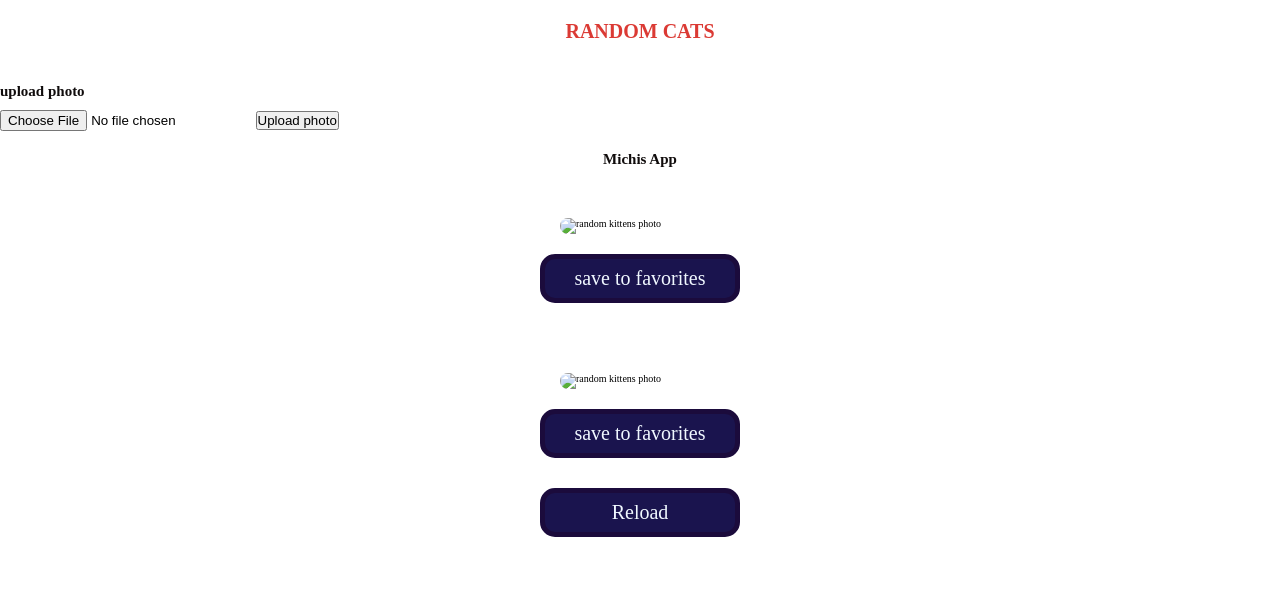
Repository: elto82/ConsumoAPIRESTjs
Page: index.html
These files come from the project's save history. The page is drawn as it stood at one moment and after the next save; the edit follows.
The browser window is 1280 px wide. The pictures show the whole page.
The page's requests for data from a server got no answer.

Above is the page before, as saved 2022-07-04 21:37:29.

After the next save:
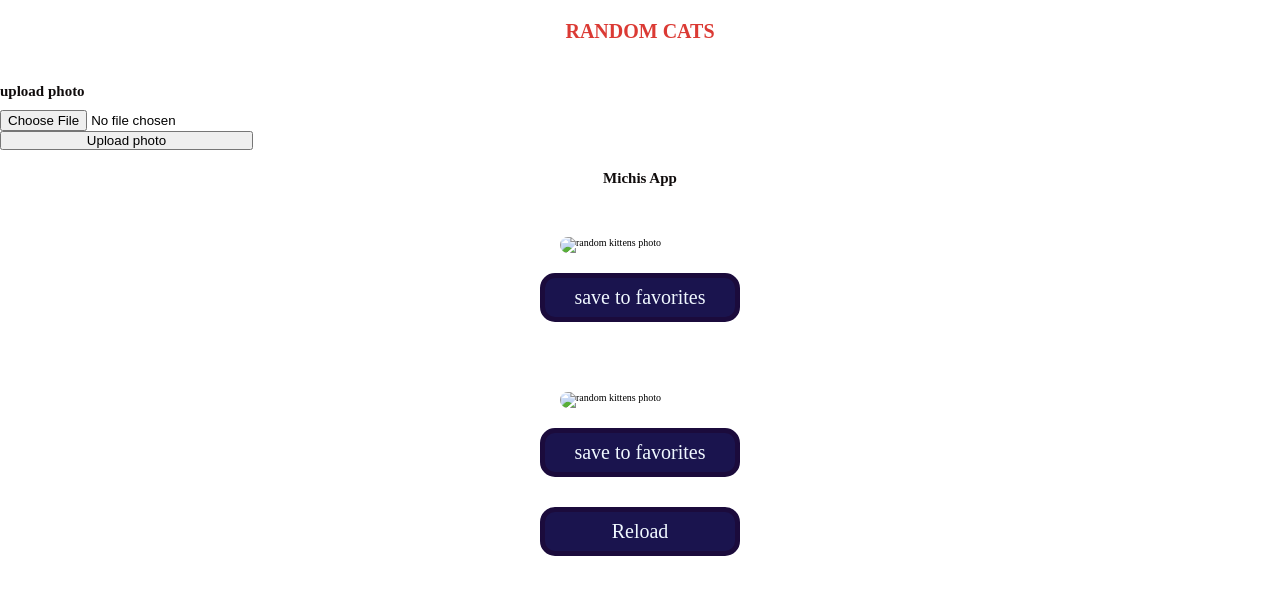
Saved 2 min 49 s later.
--- a/style.css
+++ b/style.css
@@ -41,6 +41,11 @@
   padding: 20px;
 }
 
+#uploadingForm {
+  display: inline-flex;
+  flex-direction: column;
+  justify-content: space-between;
+}
 
 .container {
   display: flex;

After the 2 saves that followed:
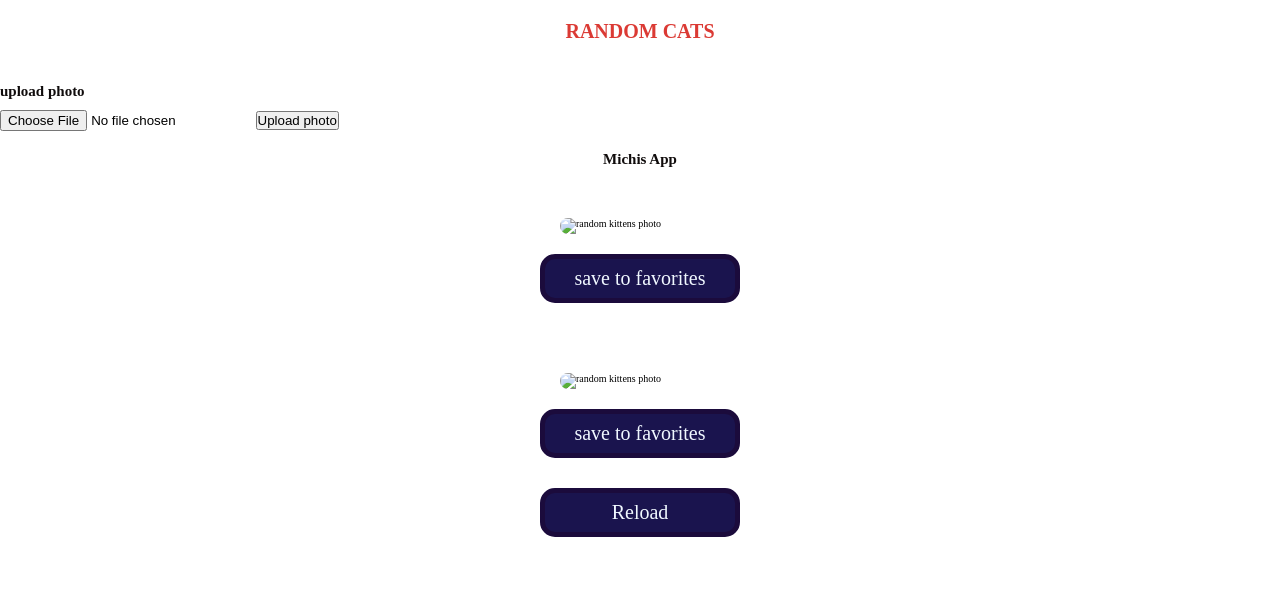
The 2 saves are shown as one change because 1 left the picture as it was.
The last was saved 79 s later.
--- a/style.css
+++ b/style.css
@@ -41,11 +41,6 @@
   padding: 20px;
 }
 
-#uploadingForm {
-  display: inline-flex;
-  flex-direction: column;
-  justify-content: space-between;
-}
 
 .container {
   display: flex;
